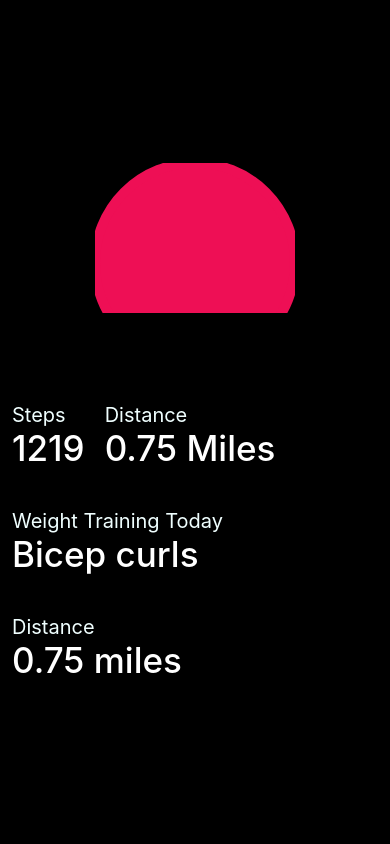
Repository: JamesPesenti/JiMTracker
Screen: /
These files come from the project's save history. The screen is drawn as it stood at one moment and after a run of saves; the edit follows.
The app was drawn by React Native's web renderer in a window 390 px wide. The project was rebuilt for these pictures with package versions that can differ from the ones it lists, and the page was loaded fresh each time.

Above is the screen before, as saved 2023-06-16 14:23:17.

### App.tsx
import { StatusBar } from 'expo-status-bar';
import { StyleSheet, Text, View } from 'react-native';
import Value from "./src/components/Value"
import RingProgress from './src/components/RingProgress';



export default function App() {
  return (
    <View style={styles.container}>
       <RingProgress />
       <View style={{flexDirection: "row", gap: 20}}>
          <Value label="Steps" value="1219" />
          <Value label="Distance" value="0.75 Miles" />
       </View>
          {/* Training */}
           <View>
              <Text style={styles.label}>Weight Training Today</Text>
              <Text style={styles.amount}>Bicep curls</Text>
           </View>

        <View style={{flexDirection: 'row'}}>
          {/* new */}
          <View>
              <Text style={styles.label}>Distance</Text>
              <Text style={styles.amount}>0.75 miles</Text>
          </View>
        </View>
      <StatusBar style="auto" />
    </View>
  );
}

const styles = StyleSheet.create({
  container: {
    flex: 1,
    backgroundColor: 'black',
    justifyContent: 'center',
    padding: 12,
    marginHorizontal: 0,
    gap: 40,
  },
  label: {
    color: "azure",
    fontSize: 20,
  },
  amount: {
    color: "white",
    fontSize: 35,
    fontWeight: "500"
  }
});

### src/components/Value.tsx
import { StyleSheet, Text, View } from 'react-native';

type ValueProps = {
  label: string;
  value: string;
}

const Value = ({ label, value }: ValueProps) => {
  return (
    <>
     <View>
      <Text style={styles.label}>{label}</Text>
      <Text style={styles.amount}>{value}</Text>
     </View>
    </>
  )
}

export default Value

const styles = StyleSheet.create({
   label: {
      color: "azure",
      fontSize: 20,
    },
    amount: {
      color: "white",
      fontSize: 35,
      fontWeight: "500"
    }
})

### src/components/RingProgress.tsx
import { StyleSheet, Text, View } from 'react-native'
import SVG, { Circle } from 'react-native-svg'

type RingProgressProps = {
   radius?: number;

}

const color = "#EE0F55"

const RingProgress = ({radius = 100}: RingProgressProps) => {
  return (
    <View style={{ width: radius * 2, height: radius * 2, alignSelf: "center"}}>
      <SVG>
         <Circle
            cx={radius}
            cy={radius}
            r={radius}
            fill={color}
            strokeWidth={10}
            stroke={color}
         />
      </SVG>
    </View>
  )
}

export default RingProgress

const styles = StyleSheet.create({})

After the next 2 saves:
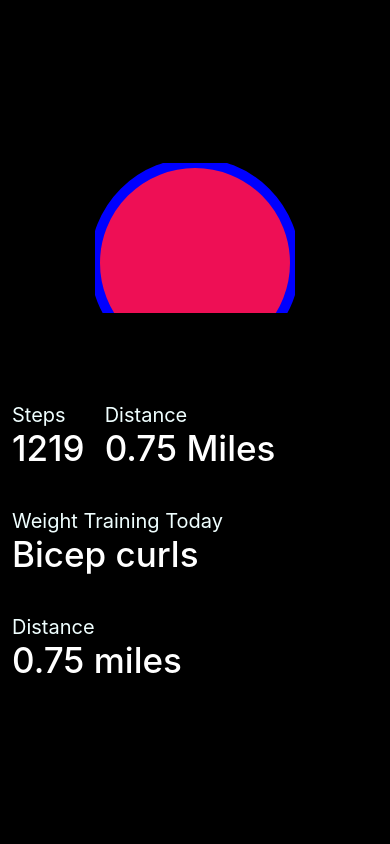
The 2 saves are shown as one change because 1 did not build or start.
The last was saved 11 s later.
--- a/src/components/RingProgress.tsx
+++ b/src/components/RingProgress.tsx
@@ -18,7 +18,7 @@ const RingProgress = ({radius = 100}: RingProgressProps) => {
             r={radius}
             fill={color}
             strokeWidth={10}
-            stroke={color}
+            stroke={"blue"}
          />
       </SVG>
     </View>
